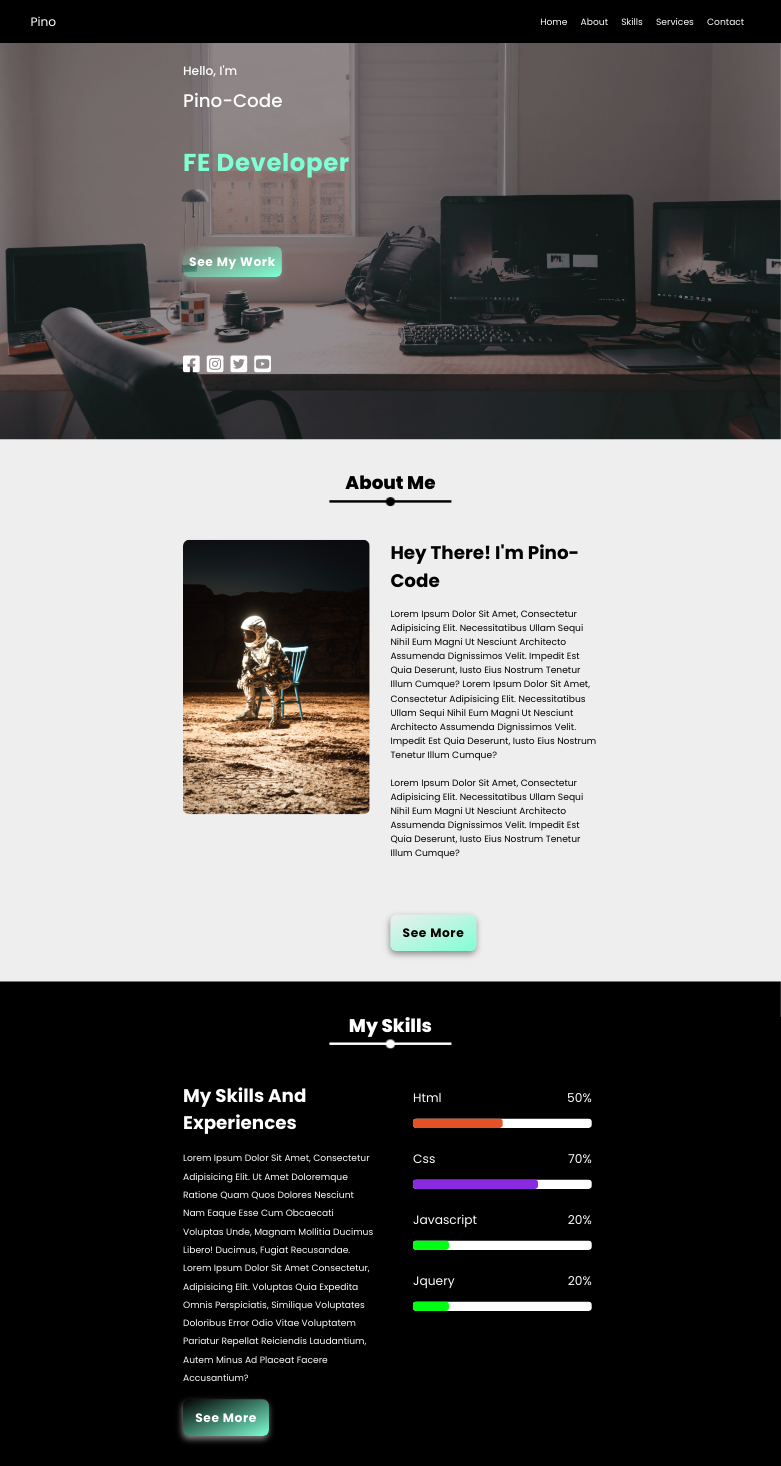
Repository: Pinocoding/New
Page: index.html
These files come from the project's save history. The page is drawn as it stood at one moment and after the next save; the edit follows.
The browser window is 1280 px wide. The pictures show the whole page, at 61% of full size.
Backgrounds fixed to the window are drawn as part of the page.

Above is the page before, as saved 2021-10-13 22:47:18.

### index.html
<!DOCTYPE html>
<html lang="en">
<head>
  <meta charset="UTF-8">
  <meta http-equiv="X-UA-Compatible" content="IE=edge">
  <meta name="viewport" content="width=device-width, initial-scale=1.0">
  <title>Document</title>
  <link rel="stylesheet" href="style.css">
  <link rel="stylesheet" href="https://cdnjs.cloudflare.com/ajax/libs/font-awesome/6.0.0-beta2/css/all.min.css" integrity="sha512-YWzhKL2whUzgiheMoBFwW8CKV4qpHQAEuvilg9FAn5VJUDwKZZxkJNuGM4XkWuk94WCrrwslk8yWNGmY1EduTA==" crossorigin="anonymous" referrerpolicy="no-referrer" />


</head>
<body>
  <!-- header -->
  <header>
    <a href="#main" class="brand">Pino</a>
    <div class="navigation">
        <a href="#main">home</a>
        <a href="#about">About</a>
        <a href="#skills">Skills</a>
        <a href="#Services">Services</a>
        <a href="#contact">Contact</a>
    </div>
  </header>
  <!--  -->
  <!-- section main  -->
  <section class="main">
    <div class="layout"></div>
    <div class="content">
    <h2>hello, I'm<br><span>Pino-code</span></h2>
    <div class="animated-text">
      <h3>FE developer</h3>
      <h3>Best Yasuo TT 7</h3>
      <h3>Best NoVo CS GO</h3>
    </div>
    <a href="#about" class="btn">see my work</a>
    <div class="media-icon">
      <a href="#"><i class="fab fa-facebook-square"></i></a>
      <a href="#"><i class="fab fa-instagram-square"></i></a>
      <a href="#"><i class="fab fa-twitter-square"></i></a>
      <a href="#"><i class="fab fa-youtube-square"></i></a>
    </div>
  </div>

  </section>
  <!--  -->
  <!-- section about -->
  <section class="about" id="about">
    <!-- title -->
    <div class="title">
      <h2 class="section-title">
        about me
      </h2>
    </div>
    <!--  -->
    <!-- content -->
    <div class="content">
      <div class="column col-left">
        <div class="img-card">
          <img src="/img/002.jpg" alt="">
        </div>
      </div>
      <div class="column col-right">
        <h2 class="content-title">Hey there! i'm pino-code</h2>
        <p>Lorem ipsum dolor sit amet, consectetur adipisicing elit. Necessitatibus ullam sequi nihil eum magni ut nesciunt architecto assumenda dignissimos velit. Impedit est quia deserunt, iusto eius nostrum tenetur illum cumque?
          Lorem ipsum dolor sit amet, consectetur adipisicing elit. Necessitatibus ullam sequi nihil eum magni ut nesciunt architecto assumenda dignissimos velit. Impedit est quia deserunt, iusto eius nostrum tenetur illum cumque?
          <br>
          <br>
          Lorem ipsum dolor sit amet, consectetur adipisicing elit. Necessitatibus ullam sequi nihil eum magni ut nesciunt architecto assumenda dignissimos velit. Impedit est quia deserunt, iusto eius nostrum tenetur illum cumque?
        </p>
        <a href="#about" class="btn">See more</a>
      </div>
    </div>
      <!--  -->


    </section>
    <!--  -->
    <!-- section skills -->
    <section class="skills" id="skills">
      <div class="title">
        <h2 class="section-title">
          my skills
        </h2>
      </div>
      <div class="content">
        <div class="column col-left">
          <h2 class="content-title">
            my skills and experiences</h2>
            <p>Lorem ipsum dolor sit amet, consectetur adipisicing elit. Ut amet doloremque ratione quam quos dolores nesciunt nam eaque esse cum obcaecati voluptas unde, magnam mollitia ducimus libero! Ducimus, fugiat recusandae.<br>
            Lorem ipsum dolor sit amet consectetur, adipisicing elit. Voluptas quia expedita omnis perspiciatis, similique voluptates doloribus error odio vitae voluptatem pariatur repellat reiciendis laudantium, autem minus ad placeat facere accusantium?</be></p>
            <a href="#" class="btn">see more</a>
        </div>

      <div class="column col-right">
        <div class="bar">
          <div class="infor">
            <span>html</span>
            <span>50%</span>
          </div>
          <div class="line html"></div>
        </div>
        <div class="bar">
          <div class="infor">
            <span>css</span>
            <span>70%</span>
          </div>
          <div class="line css"></div>
        </div>
        <div class="bar">
          <div class="infor">
            <span>javascript</span>
            <span>20%</span>
          </div>
          <div class="line javascript"></div>
        </div>
        <div class="bar">
          <div class="infor">
            <span>jquery</span>
            <span>20%</span>
          </div>
          <div class="line jquery"></div>
        </div>
      </div>

      </div>
    </section>


  <script
  src="https://code.jquery.com/jquery-3.6.0.js"
  integrity="sha256-H+K7U5CnXl1h5ywQfKtSj8PCmoN9aaq30gDh27Xc0jk="
  crossorigin="anonymous"></script>
  <script src="function.js"></script>
</body>
</html>

### style.css
@import url("https://fonts.googleapis.com/css2?family=Poppins:wght@300;400;500;700;800&display=swap");
* {
  font-size: 62.5%;
  font-family: "Poppins", sans-serif;
  margin: 0;
  padding: 0;
  box-sizing: border-box;
  text-transform: capitalize;
}
body {
  min-height: 110vh;
  background: #eee;
}
/* for header */
header {
  position: fixed;
  z-index: 99;
  background: rgb(0, 0, 0);
  top: 0;
  left: 0;
  width: 100%;
  padding: 2rem 5rem;
  display: flex;
  justify-content: space-between;
  align-items: center;
}
/* hover navigation */
header .navigation a:hover {
  color: aquamarine;
}
/*header sticky */
header.sticky {
  background: rgba(0, 0, 0, 0.26);
}
/*  */
header .brand {
  text-decoration: none;
  font-size: 2rem;
  color: white;
}
header .navigation a {
  font-size: 1.5rem;
  text-decoration: none;
  color: white;
  padding: 0 1rem;
}
/*  */
section {
  padding: 5rem 30rem;
}
/* for banner */
.main {
  position: relative;
  width: 100%;
  min-height: 100vh;
  display: flex;
  align-items: center;
  background: url("/img/0.jpg") no-repeat;
  background-size: cover;
  background-position: center;
  background-attachment: fixed;
  z-index: 1;
}
.main .layout {
  position: absolute;
  top: 0;
  left: 0;
  width: 100%;
  height: 100%;
  background: black;
  opacity: 0.3;
  z-index: -1;
}
.main .content {
  max-width: 100rem;
}
.main .content h2 {
  margin-bottom: 5rem;
  color: white;
  font-size: 2rem;
  font-weight: 500;
  line-height: 5rem;
}
.main .content h2 span {
  font-size: 3rem;
}

.animated-text {
  position: relative;
  height: 6rem;
  overflow: hidden;
}
.animated-text h3 {
  color: aquamarine;
  font-size: 4rem;
  font-weight: 700;
  line-height: 60px;
  letter-spacing: 1px;
}
/* animated text for h3 */
.animated-text h3:nth-child(1) {
  animation: text-move 7s infinite;
}
@keyframes text-move {
  0% {
    margin-top: 0;
  }
  25% {
    margin-top: -60px;
  }
  50% {
    margin-top: -120px;
  }
  100% {
    margin-top: 0;
  }
}
/*  */
.main .btn {
  margin-top: 10rem;
  color: white;
  background: linear-gradient(to top left, aquamarine, transparent);
  font-size: 2rem;
  font-weight: 700;
  display: inline-block;
  padding: 10px 10px;
  text-decoration: uppercase;
  text-decoration: none;
  letter-spacing: 1px;
  border-radius: 10px;
  box-shadow: -1px 5px 10px #888888;
  transition: 0.5s ease;
}
.btn:hover {
  transform: scale(1.1);
}

.media-icon {
  margin-top: 10rem;
}
.media-icon a {
  color: white;
  font-size: 5rem;
  margin-right: 1rem;
  transition-property: transform, color;
  transition: 0.2s;
}
.media-icon a:hover i {
  color: aquamarine;
  transform: translateY(-2px);
  transition: 0.2s;
}
/*  */
/* for section about  */
.title {
  width: 100%;
  display: flex;
  justify-content: center;
  align-items: center;
  flex-direction: column;
}
/* gach dưới , chấm */
.section-title {
  text-transform: capitalize;
  position: relative;
  color: black;
  font-size: 3rem;
  font-weight: 800;
  margin-bottom: 5rem;
}
.section-title:after {
  content: "";
  position: absolute;
  top: 50px;
  left: 50%;
  width: 20rem;
  height: 4px;
  transform: translateX(-50%);
  background: currentColor;
}
.section-title::before {
  content: "";
  position: absolute;
  top: 45px;
  left: 50%;
  /* padding: 2rem 2rem; */
  width: 15px;
  height: 15px;
  border-radius: 50%;
  background: black;
  /* background: #eee; */
  z-index: 99;
  transform: translate(-50%);
}

/*  */
/*  content */
.about .content {
  position: relative;
  width: 100%;
  display: flex;
  justify-content: space-between;
  margin-top: 2rem;
}
/* content > col-left */
.about .content .col-left {
  position: relative;
  width: 45%;
}
.about .content .col-left .img-card {
  position: relative;
  width: 100%;
  min-height: 45rem;
}
.about .content .col-left .img-card img {
  position: absolute;
  top: 0;
  left: 0;
  width: 100%;
  height: 100%;
  object-fit: cover;
  border-radius: 10px;
}
/* content > col-right */
.about .content .col-right {
  width: 50%;
  position: relative;
}
.content-title {
  font-size: 3rem;
  margin-bottom: 2rem;
}
.about .content .col-right p {
  font-size: 1.5rem;
}
.column .btn {
  margin-top: 9rem;
  color: black;
  background: linear-gradient(to top left, aquamarine, transparent);
  font-size: 2rem;
  font-weight: 700;
  display: inline-block;
  padding: 15px 20px;
  text-decoration: uppercase;
  text-decoration: none;
  letter-spacing: 1px;
  border-radius: 10px;
  box-shadow: -1px 5px 10px #888888;
  transition: 0.5s ease;
}
.btn:hover {
  transform: scale(1.1);
}
/*  */
/* skills */
.skills {
  background: black;
}
.skills .section-title {
  color: white;
}

.skills .section-title::before {
  background: currentColor;
}
.skills .content {
  position: relative;
  width: 100%;
  display: flex;
  justify-content: space-between;
  color: white;
  margin-top: 2rem;
}
/* skills => col-left */
.skills .content .col-left {
  position: relative;
  width: 46%;
}
/*  */
/* skills => col-right */
.skills .content .col-right {
  position: relative;
  width: 46%;
}
.skills .content .col-right .bar {
  margin-bottom: 15px;
  padding: 10px;
}
.skills .content .col-right .bar .infor {
  display: flex;
  align-items: center;
  justify-content: space-between;
  margin-bottom: 2rem;
}

.skills .content .col-right .bar .infor span {
  font-size: 2rem;
}
/* thanh % */
.skills .content .col-right .bar .line {
  position: relative;
  width: 100%;
  height: 15px;
  border-radius: 5px;
  background: white;
}
.skills .content .col-right .bar .line::before {
  content: "";
  position: absolute;
  top: 0;
  left: 0;

  height: 100%;
  /* background-color: rgb(42, 40, 136); */
  border-radius: 5px;
}
.skills .content .col-right .bar .html::before {
  width: 50%;
  background: #e45126;
}
.skills .content .col-right .bar .css::before {
  width: 70%;
  background-color: blueviolet;
}
.skills .content .col-right .bar .javascript::before {
  width: 20%;
  background-color: rgb(0, 255, 21);
}
.skills .content .col-right .bar .jquery::before {
  width: 20%;
  background-color: rgb(0, 255, 21);
}

/*  */
.skills p {
  font-size: 1.5rem;
  line-height: 3rem;
}
.skills .btn {
  margin-top: 2rem;
  color: white;

  background: linear-gradient(to top left, aquamarine, transparent);
  font-size: 2rem;
  font-weight: 700;
  display: inline-block;
  padding: 15px 20px;
  text-decoration: uppercase;
  text-decoration: none;
  letter-spacing: 1px;
  border-radius: 10px;
  /* box-shadow: -1px 5px 10px #888888; */
  transition: 0.5s ease;
}
.btn:hover {
  transform: scale(1.1);
}
/*  */

### function.js
// js for navication bar on scroll
window.addEventListener("scroll", function () {
  const header = document.querySelector("header");
  header.classList.toggle("sticky", window.scrollY > 0);
});

After the next save:
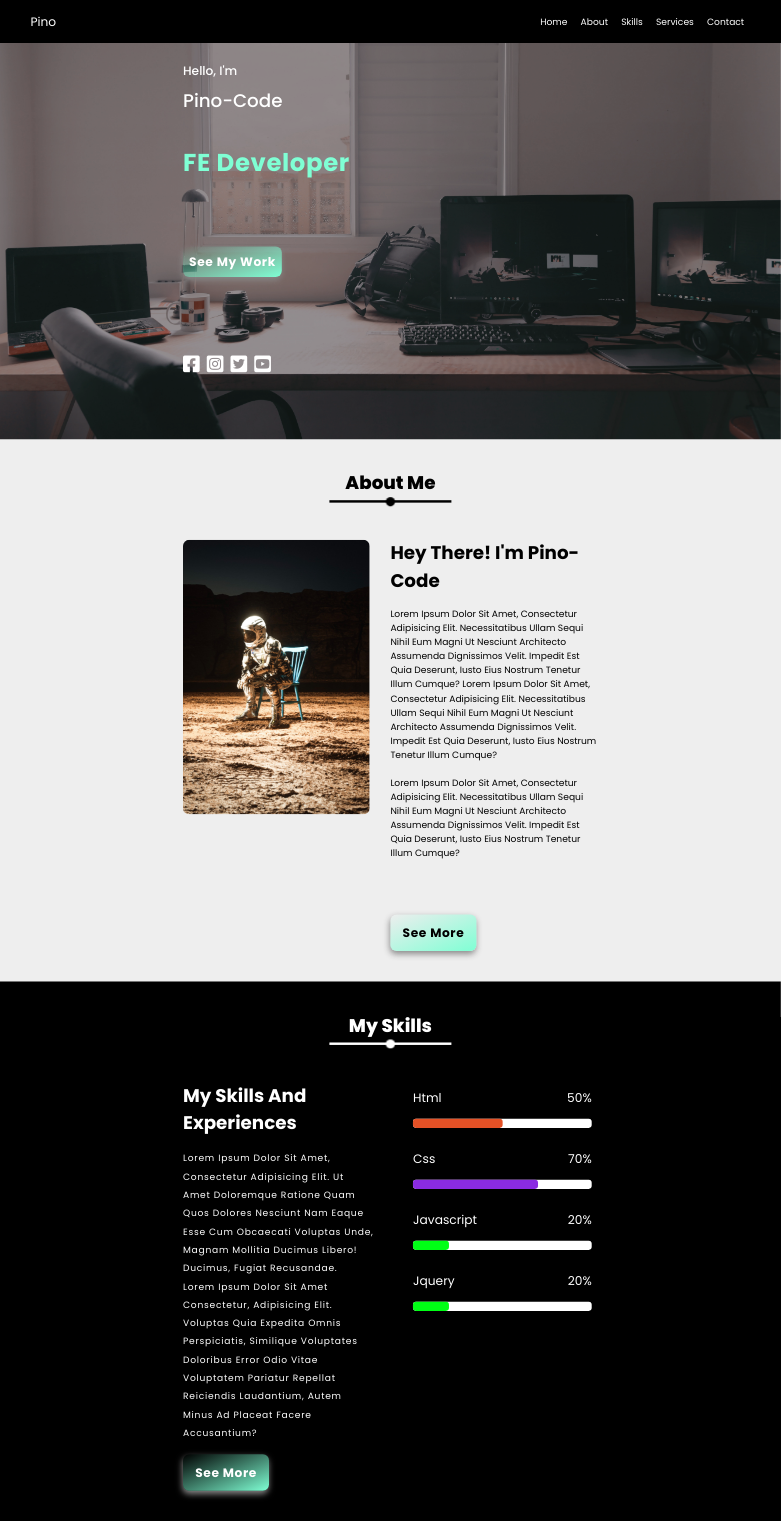
Saved 9 s later.
--- a/style.css
+++ b/style.css
@@ -335,6 +335,7 @@ section {
 .skills p {
   font-size: 1.5rem;
   line-height: 3rem;
+  letter-spacing: 1.2px;
 }
 .skills .btn {
   margin-top: 2rem;
